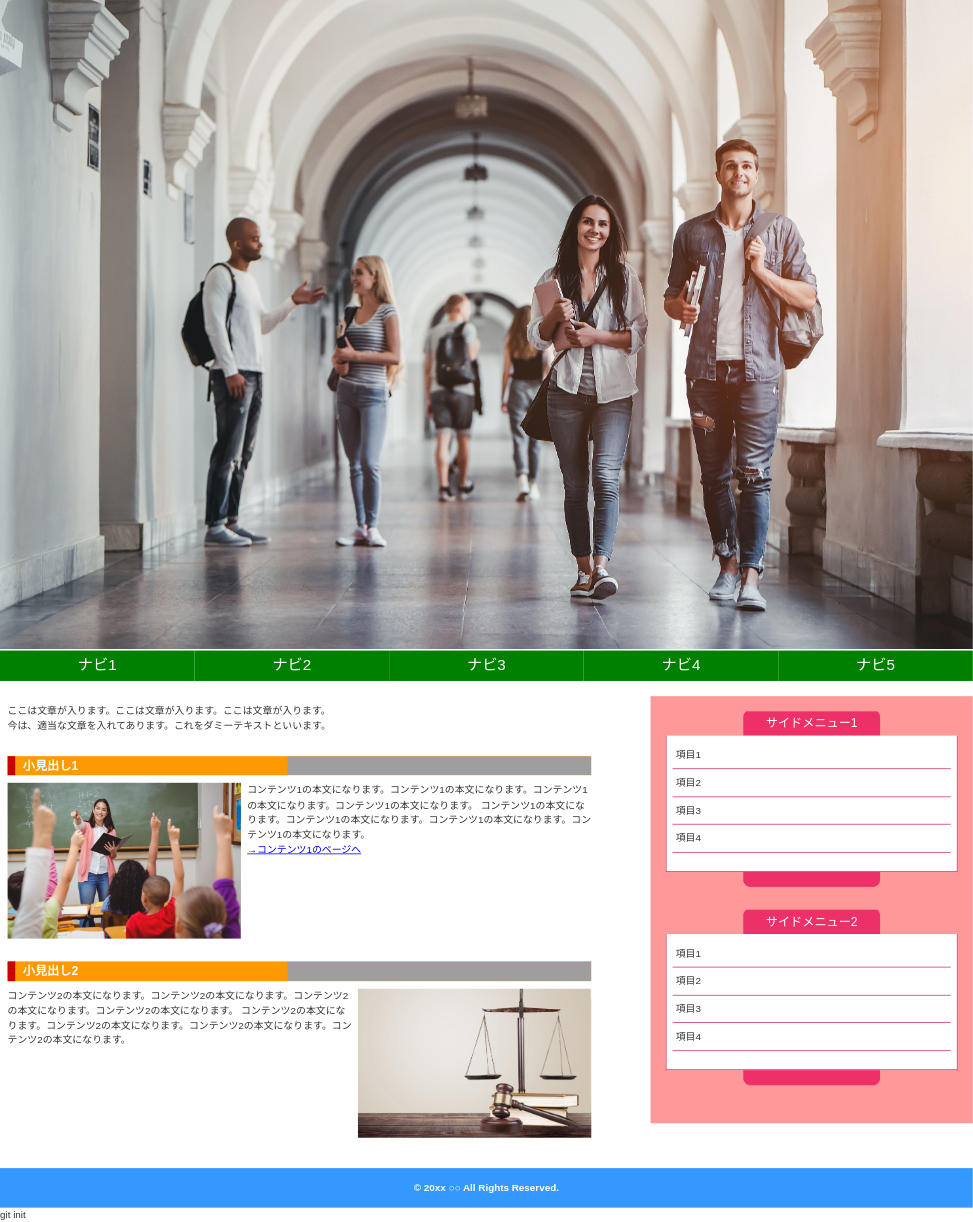
Repository: Yweb18/samurai_PHP
Page: index.html
The author's editor kept a record of every edit. The page is drawn from the files as they stood at one moment, then again after the next edit.
The browser window is 1280 px wide. The pictures show the whole page, at 76% of full size.
The pointer rests on the first visible `#nav ul li a`.
Pictures or frames that could not be fetched are drawn as grey boxes.

Above is the page before.

After the next edit:
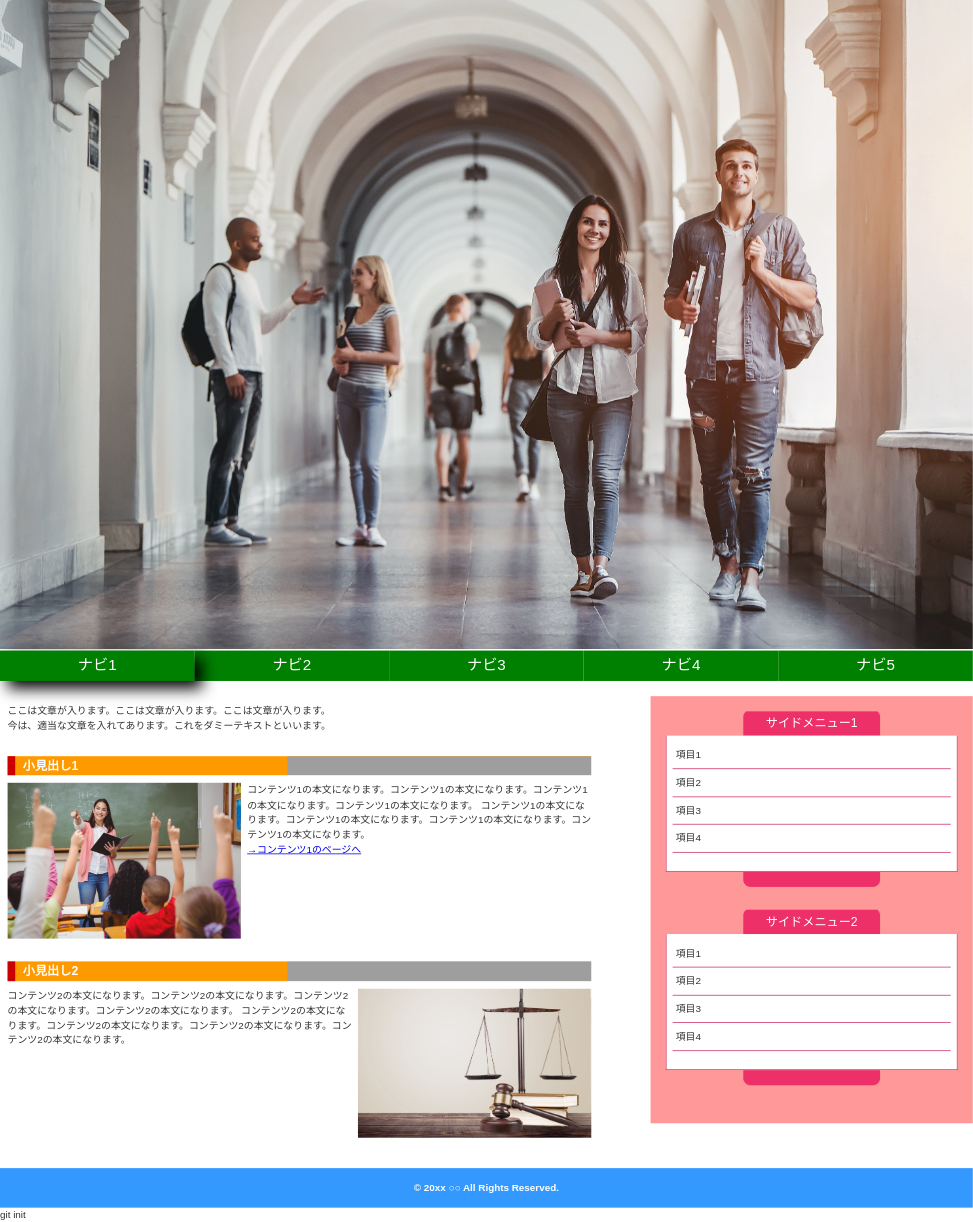
The edit:
--- a/stylesheet.css
+++ b/stylesheet.css
@@ -69,6 +69,10 @@
 	 font-size: 20px;
 	 text-decoration: none;
 	 background-color: green;
+ }
+
+ #nav ul li a:hover {
+	 filter: drop-shadow(10px 10px 10px black);
  }
 
 
